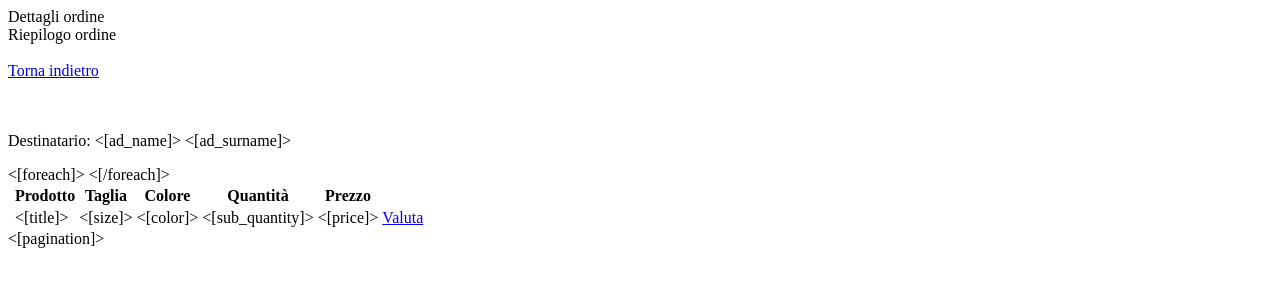
Repository: i4c0ni99/MotorShop
Page: skins/motor-html-package/motor/my-orders.html
These files come from the project's save history. The page is drawn as it stood at one moment and after a run of saves; the edit follows.
The browser window is 1280 px wide. The pictures show the whole page.

Above is the page before, as saved 2024-10-22 09:58:24.

After the next 4 saves:
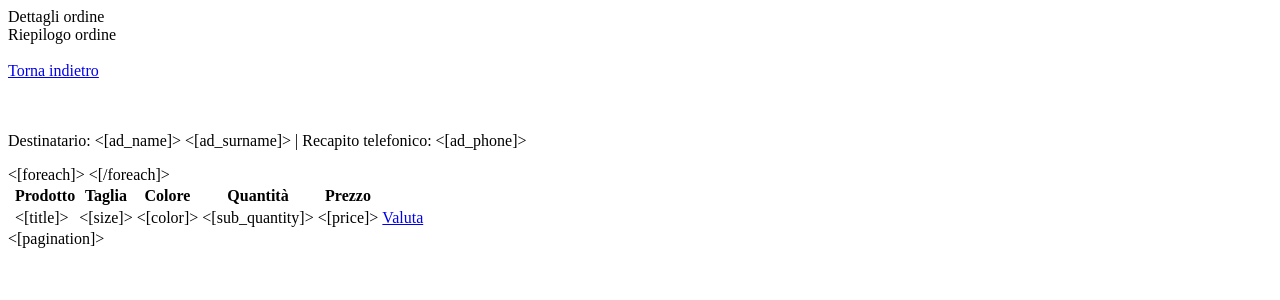
The 4 saves are shown as one change because they came seconds apart.
The last was saved 15 s later.
--- a/skins/motor-html-package/motor/my-orders.html
+++ b/skins/motor-html-package/motor/my-orders.html
@@ -29,7 +29,8 @@
                                 <br>
                             </div>
                             <br>
-                            <p>Destinatario: <[ad_name]> <[ad_surname]> </p>
+                            <p>Destinatario: <[ad_name]> <[ad_surname]> | Recapito telefonico: <[ad_phone]></p>
+
                             <div class="table-responsive table-desi">
                                 <table class="all-package coupon-table table table-striped">
                                     <thead>
